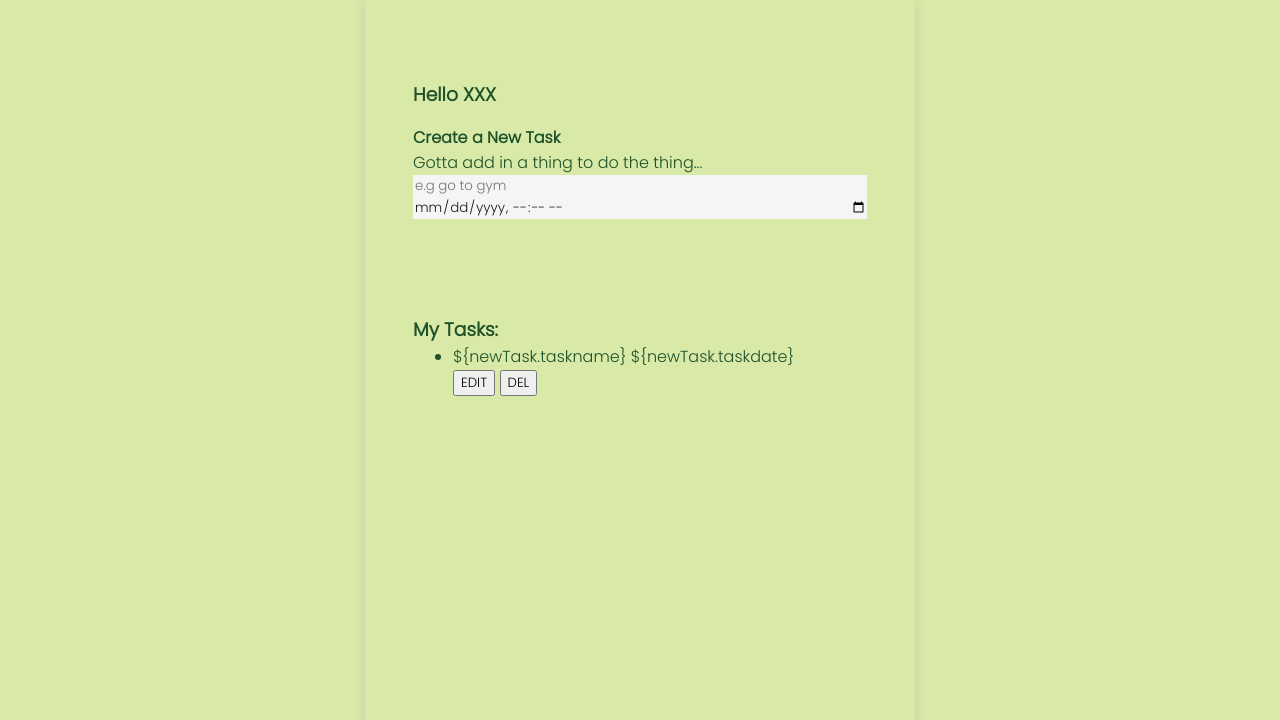
Repository: acidpixie/todo-app-version3
Page: index.html
The author's editor kept a copy of each file at every save. The page is drawn from the files as they stood at one save, then again after the next save.
The browser window is 1280 px wide. The pictures show the whole page.

Above is the page before, as saved 2022-06-11 15:41:41.

### index.html
<!DOCTYPE html>
<html lang="en">
<head>
    <meta charset="UTF-8">
    <meta http-equiv="X-UA-Compatible" content="IE=edge">
    <meta name="viewport" content="width=device-width, initial-scale=1.0">
    <title>Todo Application</title>

    <link rel="stylesheet" type="text/css" href="/css/stylesheet.css">
    <script type="text/javascript" src="/js/script.js" defer></script>

    <!--google fonts - poppins-->
    <link rel="preconnect" href="https://fonts.googleapis.com">
    <link rel="preconnect" href="https://fonts.gstatic.com" crossorigin>
    <link href="https://fonts.googleapis.com/css2?family=Poppins:wght@200;300&display=swap" rel="stylesheet">


</head>
<body>

    <section>
        <header class="heading">
        <h3>Hello XXX</h3>
        </header>

        <div>
            <h4>Create a New Task</h4>
            <form>
                <label>Gotta add in a thing to do the thing...</label>
                <input type="text" id="input-task" placeholder="e.g go to gym">
                <input type="datetime-local" id="input-date">
                </label>
            </form>
       </div>
    </section>

    <section>
        <div id="display-tasks" class="display">
            <h3>My Tasks:</h3>
            <ul class="task-item" id="task-list">
                <li class="list-item" id="list-item" data-id="${newTask.taskId}">
                    <div class="list-container">
                        <span class="list-input" id="list-input">${newTask.taskname}</span>
                        <span class="list-date-input" id="list-date-input">${newTask.taskdate}</span>
                    </div>
                    <div class="list-buttons">
                        <button class="edit-item" id="edit-item">EDIT</button>
                        <button class="delete-item" id="delete-item">DEL</button>
                    </div>
                </li>
            </ul>
        </div>
    </section>


</body>
</html>

### css/stylesheet.css
/*color pallet
#191A19 - black
#1E5128 - dark green
#4E9F3D - light green
#D8E9A8 - whitish green gray
*/



* {
    box-sizing: border-box;
    font-family: "poppins", sans-serif;
    margin: 0;
}

body {
    background-color: #D8E9A8;
    color: #1E5128;
    max-width: 550px;
    min-height: 100vh;
    margin: auto;
    box-shadow: 0 1px 10px 0px rgba(176, 173, 173, 0.467);
    position: relative;
}


section {
    padding: 3rem;
}

.heading {
    padding-top: 2rem;
    padding-bottom: 1rem;
}

form {
    display: flex;
    flex-direction: column;
}

input {
    border: none;
    color: #191A19;
    background-color: #f5f5f5 ;
}

Loaded but not shown: js/script.js (no copy from this time; the picture is the same without it)

After the next save:
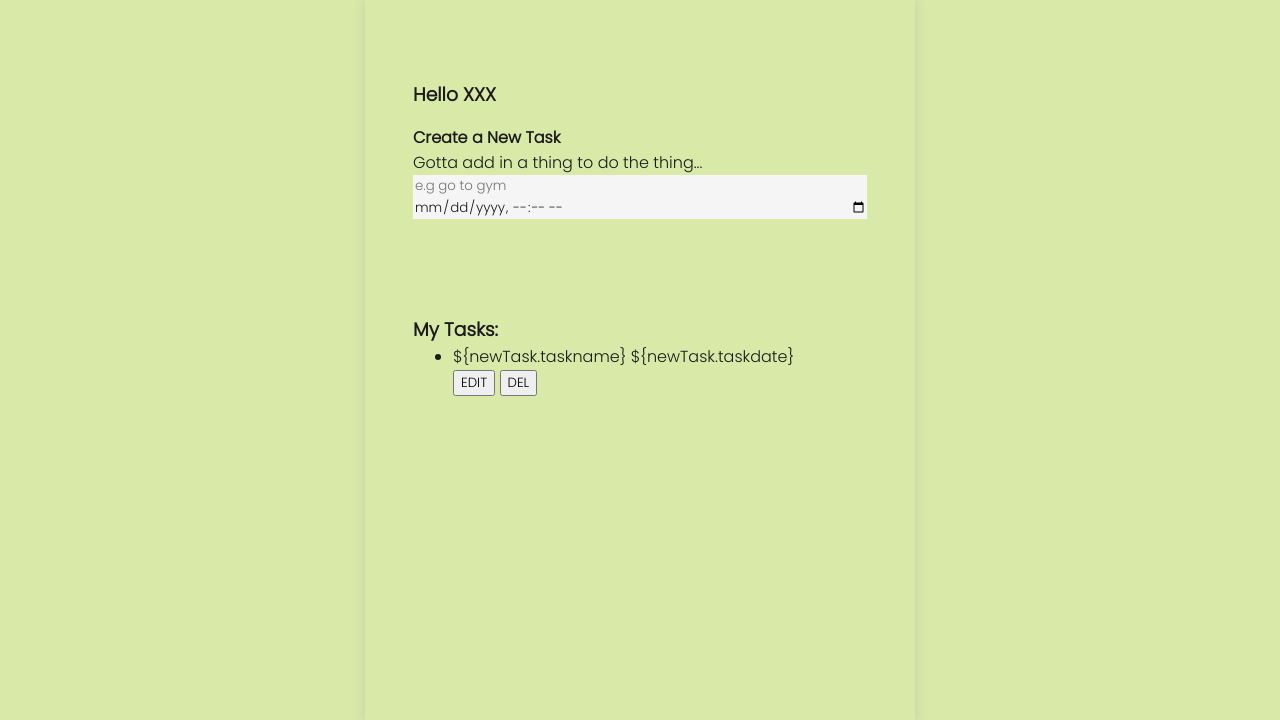
Saved 60 s later.
--- a/css/stylesheet.css
+++ b/css/stylesheet.css
@@ -3,6 +3,7 @@
 #1E5128 - dark green
 #4E9F3D - light green
 #D8E9A8 - whitish green gray
+#f5f5f5 - white smoke
 */
 
 
@@ -15,7 +16,7 @@
 
 body {
     background-color: #D8E9A8;
-    color: #1E5128;
+    color: #191A19;
     max-width: 550px;
     min-height: 100vh;
     margin: auto;
